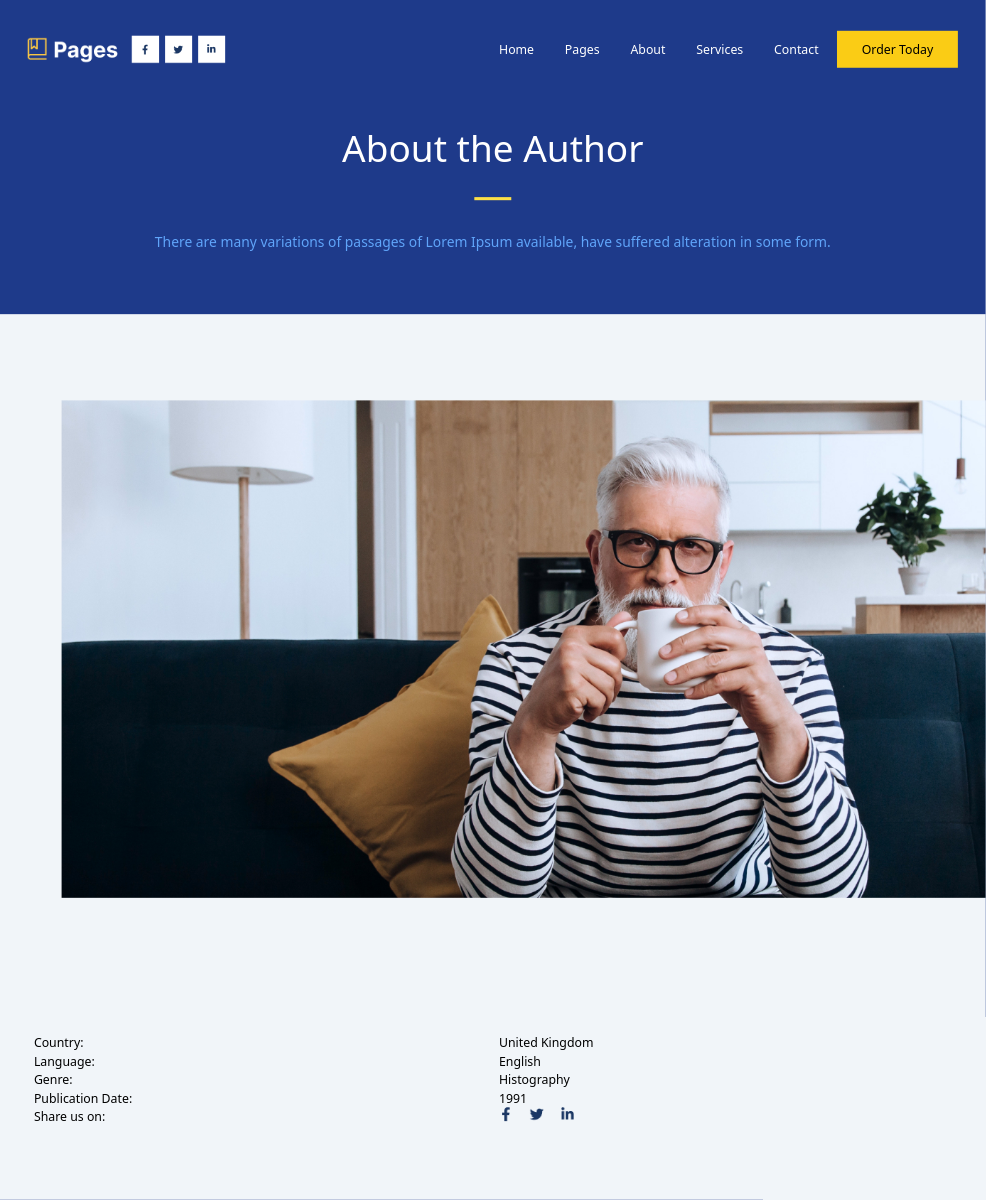
Repository: Godnorg/Class3
Page: index.html
An editor plug-in stored every save of this project. The page is shown before and after the next save, followed by the edit.
The browser window is 1280 px wide. The pictures show the whole page, at 77% of full size.
Some web libraries are served in a nearby version.

Above is the page before, as saved 2023-02-19 02:27:19.

### index.html
<!DOCTYPE html>
<html lang="en">
<head>
    <meta charset="UTF-8">
    <meta http-equiv="X-UA-Compatible" content="IE=edge">
    <meta name="viewport" content="width=device-width, initial-scale=1.0">
    <title>Class3</title>
    <script src="https://cdn.tailwindcss.com"></script>
</head>
<body class="w-full bg-blue-900">
<div class="flex items-center justify-between w-full pt-10 mx-auto px-9 max-w-7xl">
    <div class="flex gap-4 ">
    <img src="./Logo.png">
    <img src="./soc-icons.png" class="h-9">
    </div>
    <div class="flex gap-6">
        <ul class="flex items-center gap-10 text-white">
            <li><a href="#">Home</a></li>
            <li><a href="#">Pages</a></li>
            <li><a href="#">About</a></li>
            <li><a href="#">Services</a></li>
            <li><a href="#">Contact</a></li>
        </ul>
        <button class="px-8 py-3 mx-auto bg-yellow-400 font-sans-serif">Order Today</button>
    </div>
    </div>
    <div class="items-center mx-auto">
    <h1 class="items-center pt-20 pb-10 text-5xl text-center text-white">About the Author</h1>
        <div
            class="items-center w-12 h-1 mx-auto text-center bg-yellow-300">
        </div>
        <p class="items-center pt-10 pb-20 mx-auto text-lg text-center text-blue-400">There are many variations of passages of Lorem Ipsum available, have suffered alteration in some form.</p>
    </div>
    <div class= "bg-slate-100">
        <div class="relative w-full pb-20 pl-20 mx-auto pt-28 bg-color-white max-w-7xl">
        <img src="./oldman2.jpg">
        </div>
        <div>
            <div class="grid grid-cols-2 py-24 ml- gap-x-4 bg-color-white px-11">
                <h2>Country:</h2>
                <p>United Kingdom</p>
                <h2>Language:</h2>
                <p>English</p>
                <h2>Genre:</h2>
                <p>Histography</p>
                <h2>Publication Date:</h2>
                <p>1991</p>
                <h2>Share us on:</h2>
                <img src="./socialmedia.png">
            </div>
        </div>
    </div>

</body>
</html>

After the next save:
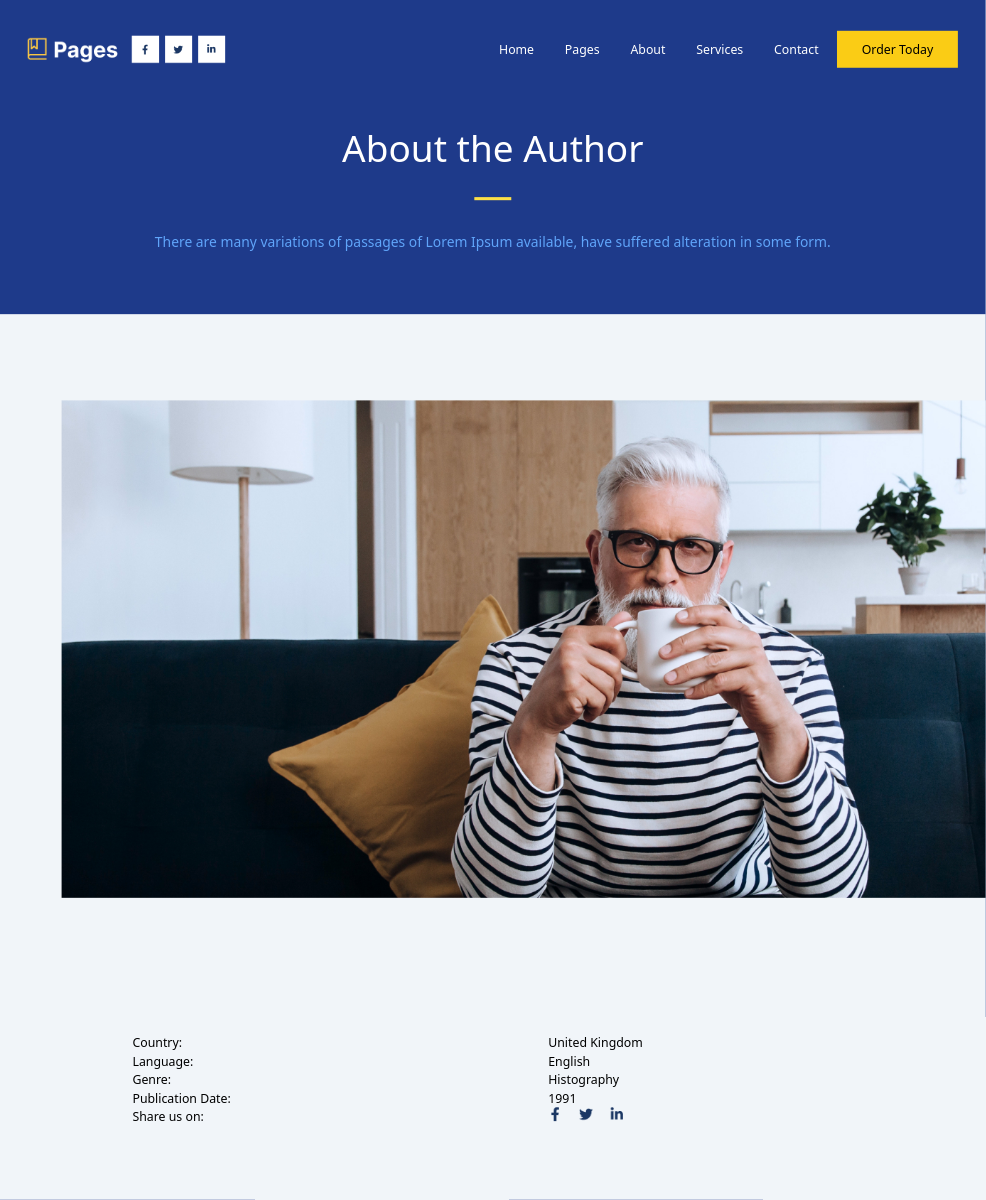
Saved 5 s later.
--- a/index.html
+++ b/index.html
@@ -36,7 +36,7 @@
         <img src="./oldman2.jpg">
         </div>
         <div>
-            <div class="grid grid-cols-2 py-24 ml- gap-x-4 bg-color-white px-11">
+            <div class="grid grid-cols-2 py-24 ml-32 gap-x-4 bg-color-white px-11">
                 <h2>Country:</h2>
                 <p>United Kingdom</p>
                 <h2>Language:</h2>

After the save that followed:
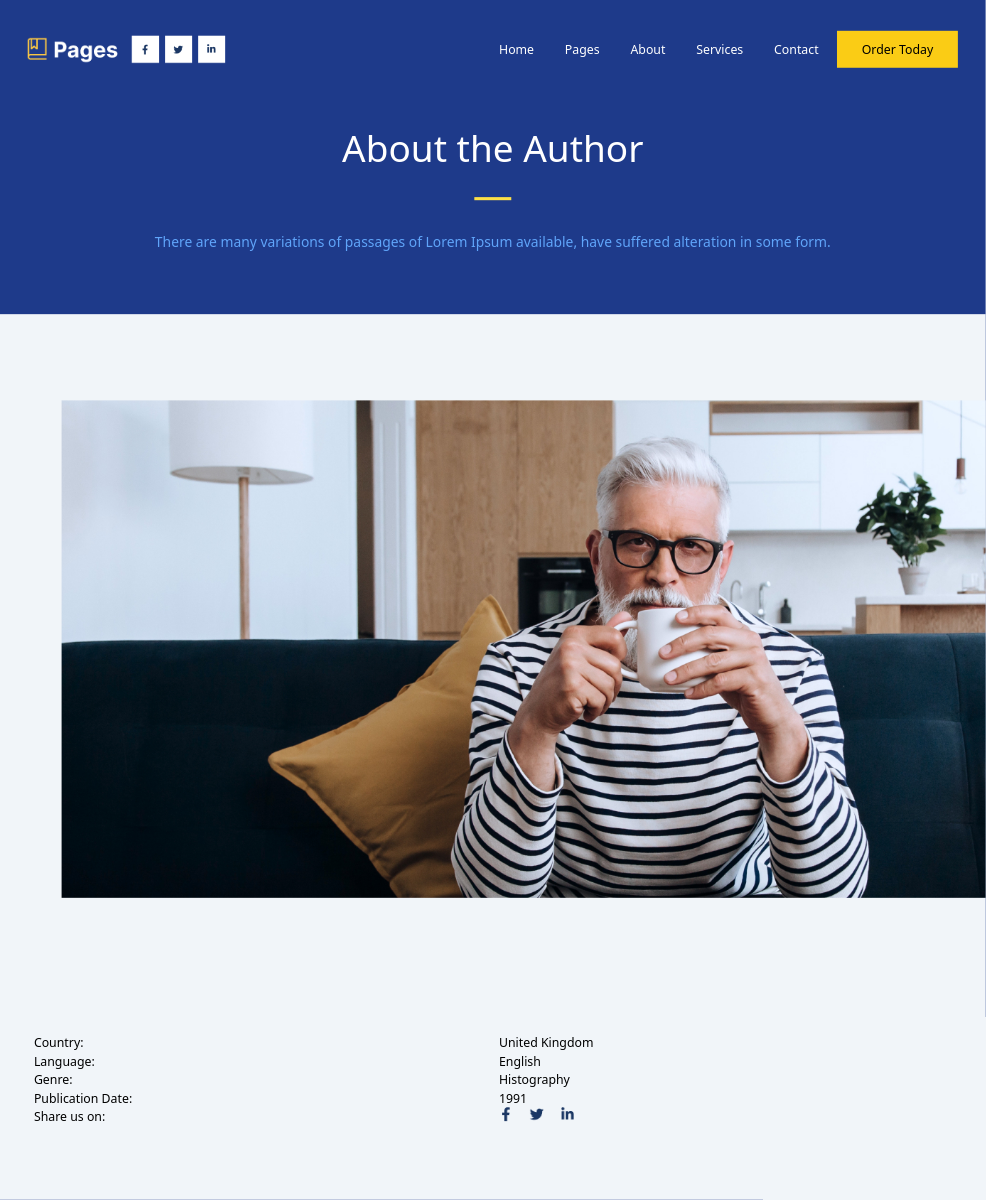
Saved 42 s later.
--- a/index.html
+++ b/index.html
@@ -36,7 +36,7 @@
         <img src="./oldman2.jpg">
         </div>
         <div>
-            <div class="grid grid-cols-2 py-24 ml-32 gap-x-4 bg-color-white px-11">
+            <div class="grid grid-cols-2 py-24 ml- gap-x-4 bg-color-white px-11">
                 <h2>Country:</h2>
                 <p>United Kingdom</p>
                 <h2>Language:</h2>
